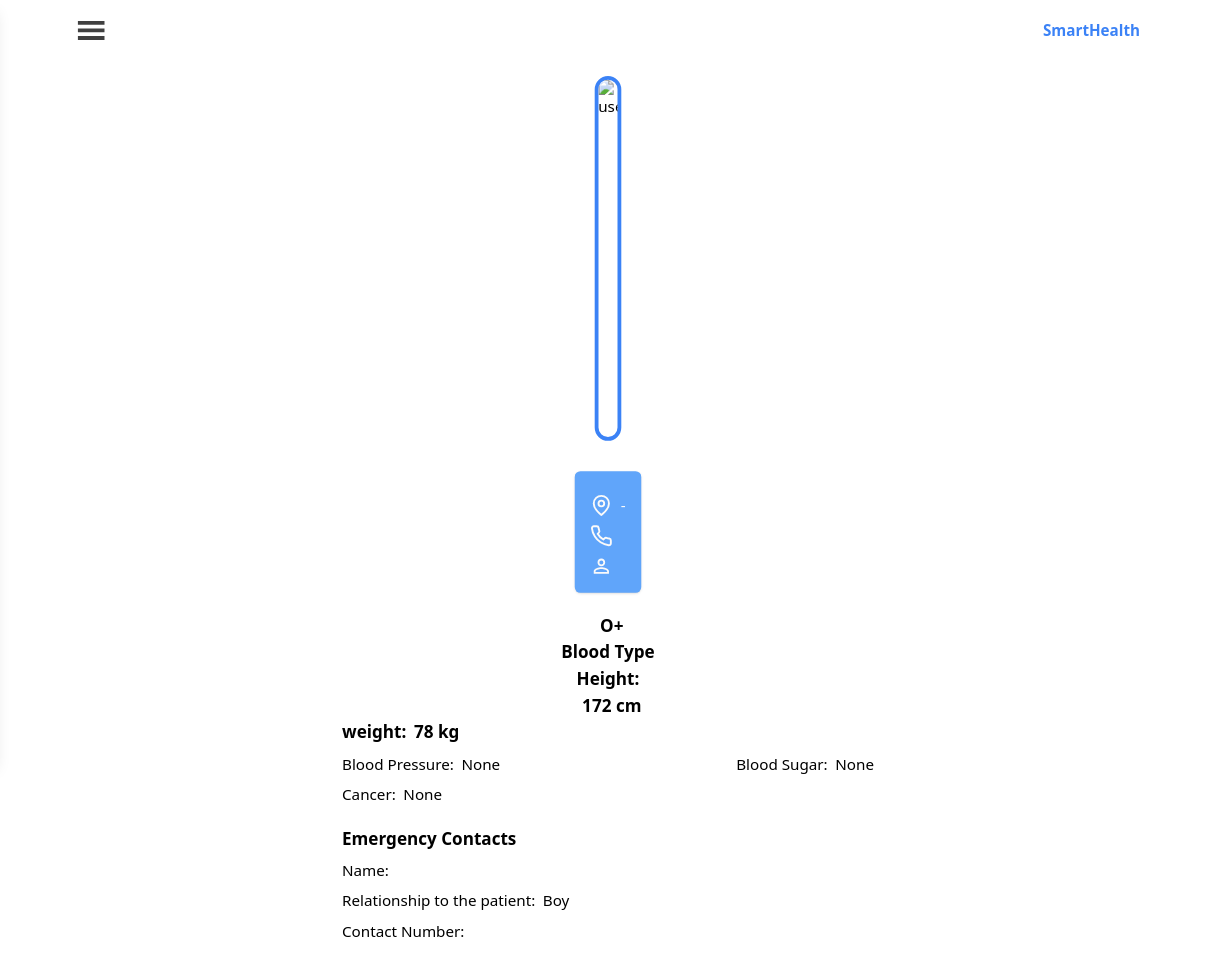
Repository: Sanaa00/HI-user
Page: /home
These files come from the project's save history. The page is drawn as it stood at one moment and after the next save; the edit follows.
The browser window is 1280 px wide. The pictures show the whole page, at 95% of full size.
The page's requests for data from a server got no answer. The project was rebuilt for these pictures with package versions that can differ from the ones it lists, and the page was loaded fresh each time. No one was signed in, and anything a server would have sent is missing. Also part of the build but not shown: vite.config.js, src/App.css, src/Components/Pagination.jsx, src/Pages/Prescription.jsx, src/Components/modalComponent.jsx, src/Pages/Laboratory.jsx, src/Pages/Radiographic.jsx, src/Components/InputField.jsx and 2 more.

Above is the page before, as saved 2024-01-12 21:04:39.

After the next save:
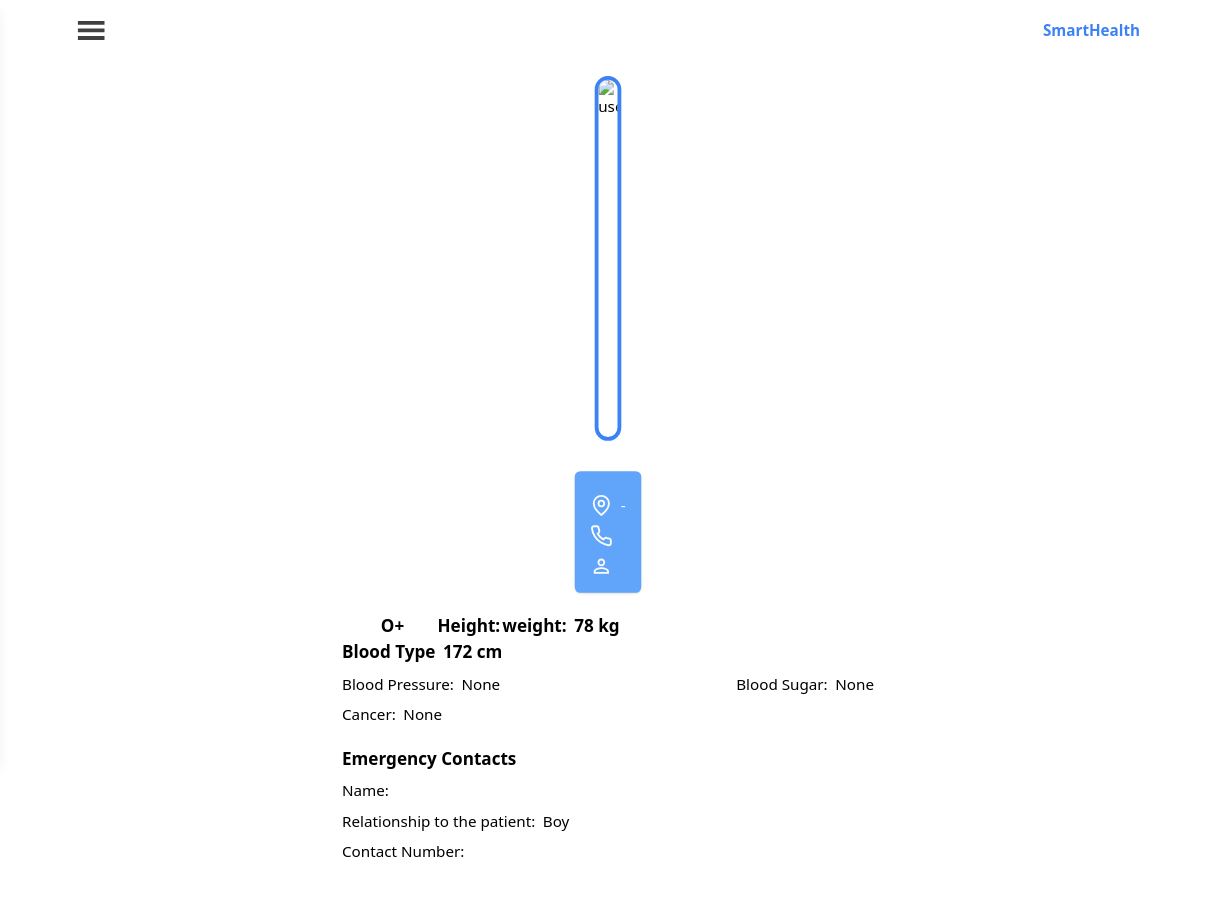
Saved 7 s later.
--- a/src/Pages/Home.jsx
+++ b/src/Pages/Home.jsx
@@ -85,7 +85,7 @@ function Home() {
         </div>
       </div>
       {/* **********vital information*********** */}
-      <div className="mt-5 font-bold text-lg lg:w-1/2">
+      <div className="mt-5 flex font-bold text-lg lg:w-1/2">
         {' '}
         {/* <div className="mt-2 flex justify-between items-center lg:w-1/2"> */}
         <span className="flex flex-col items-center">
